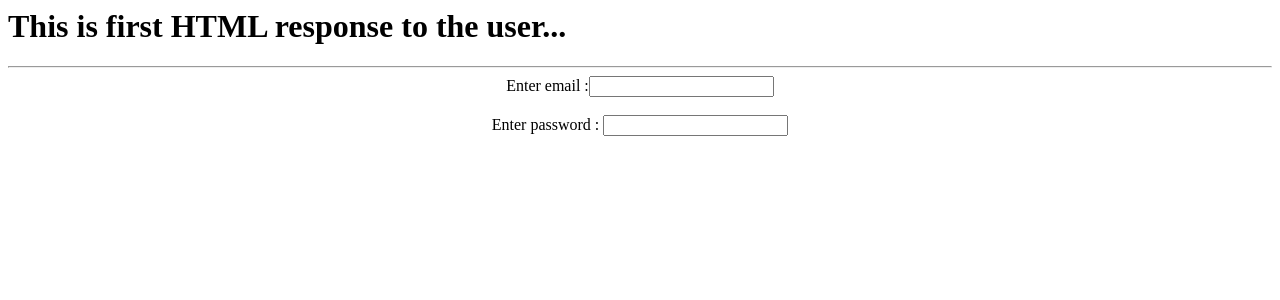
Repository: devandevare/Java
Page: http://localhost/first-web-app/sing-up
These files come from the project's save history. The page is drawn as it stood at one moment and after the next save; the edit follows.
The browser window is 1280 px wide. The pictures show the whole page.
The page is served by Tomcat 9.

Above is the page before, as saved 2022-09-25 07:57:46.

After the next save:
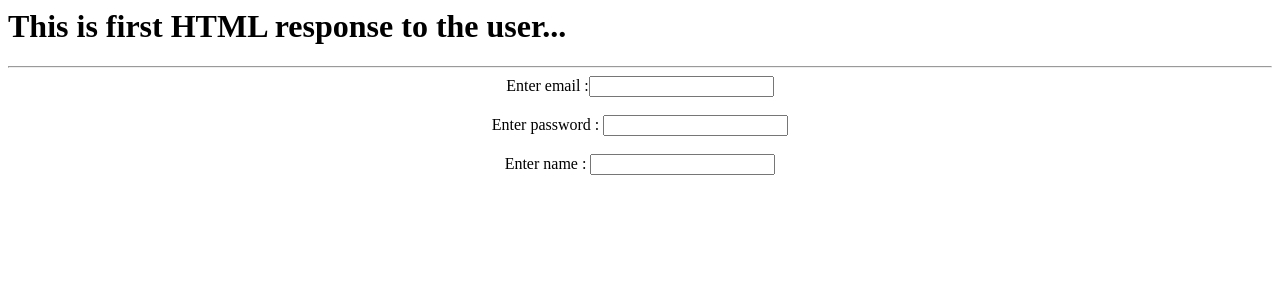
Saved 50 s later.
--- a/Adv Java/Projects/first-web-app/src/main/java/FirstServlet.java
+++ b/Adv Java/Projects/first-web-app/src/main/java/FirstServlet.java
@@ -30,7 +30,7 @@ public class FirstServlet extends HttpServlet {
 		out.print("<br/><br/>");
 		out.print("<label>Enter password :</label>	<input type='password' name='password'> </input>");
 		out.print("<br/><br/>");
-		out.print("");
+		out.print("	<label>Enter name :</label>	<input type=\"text\" name=\"name\"> </input> <br/> <br/>");
 		out.print("");
 		out.print("");
 		out.print("");
